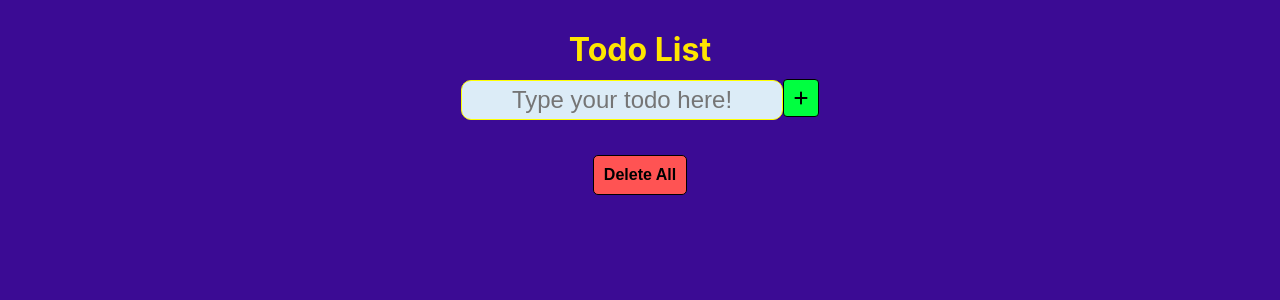
Repository: badhon252/todo-app
Page: /
An editor plug-in stored every save of this project. The page is shown before and after the next save, followed by the edit.
The browser window is 1280 px wide. The pictures show the whole page.
The project was rebuilt for these pictures with package versions that can differ from the ones it lists, and the page was loaded fresh each time.

Above is the page before, as saved 2022-01-26 15:31:17.

After the next save:
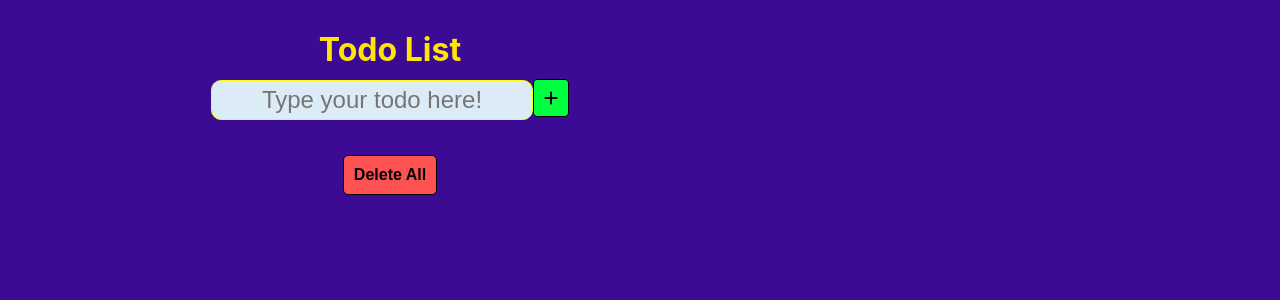
Saved 78 min 56 s later.
--- a/src/Styles/style.css
+++ b/src/Styles/style.css
@@ -7,6 +7,7 @@
 .main-div {
   margin: 30px;
   text-align: center;
+  width: 45rem;
 }
 h1 {
   color: #ffe600;
